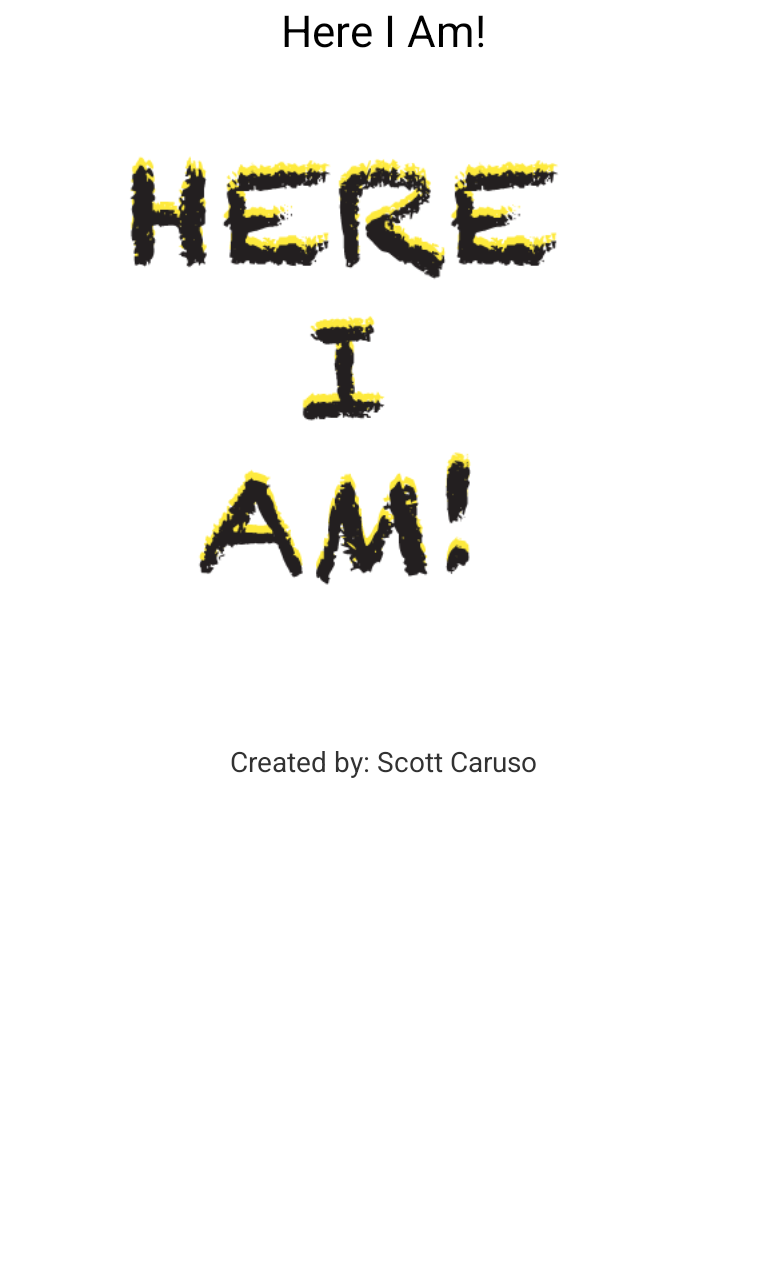
Repository: scottcaruso/MDF3_widgets_and_action_bars
Layout: HereIAm/res/layout/about.xml
The author's editor kept a copy of each file at every save. The layout is drawn from the files as they stood at one save, then again after the next save.
It is drawn on a 768 x 1280 px phone screen (xhdpi) without system bars, with theme android:Theme.Holo.Light; the app's code is not run.

Above is the layout before, as saved 2013-09-18 04:08:13.

After the next save:
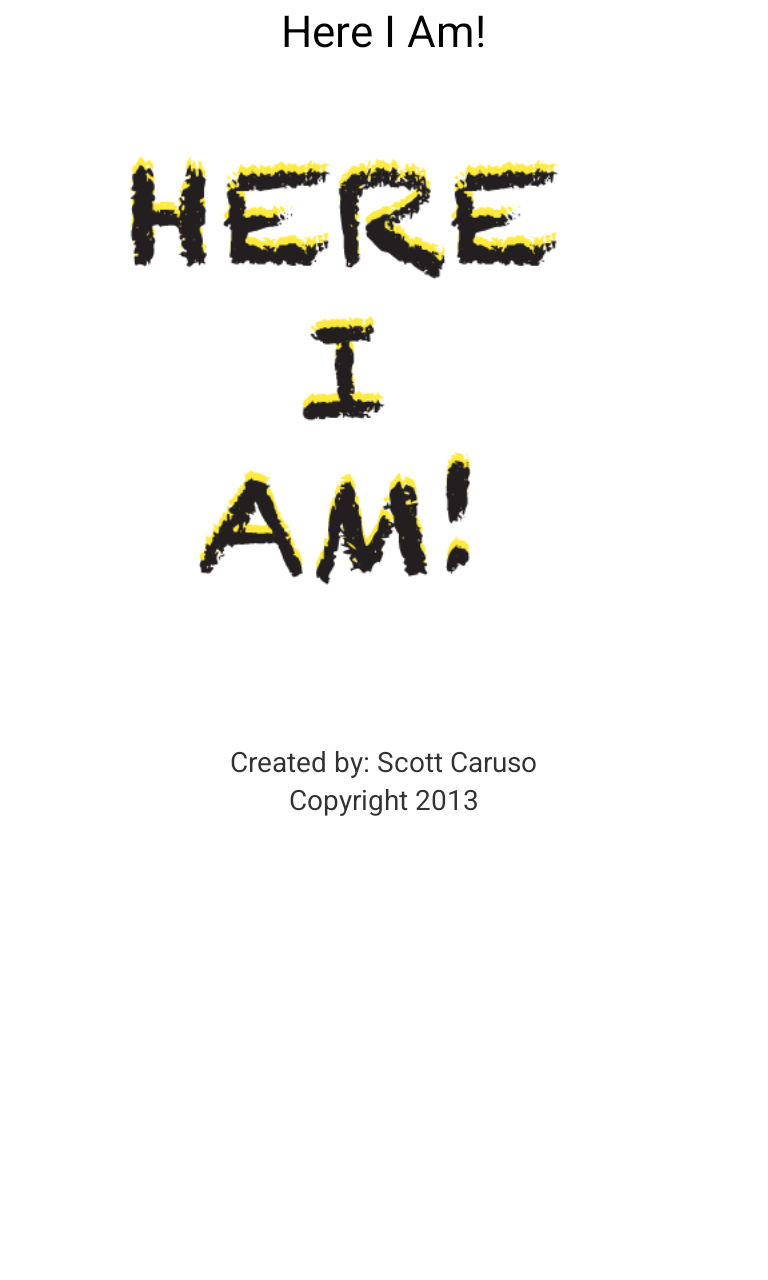
Saved 21 s later.
--- a/HereIAm/res/layout/about.xml
+++ b/HereIAm/res/layout/about.xml
@@ -25,4 +25,11 @@
         android:layout_gravity="center"
         android:text="@string/created_by_scott_caruso" />
 
+    <TextView
+        android:id="@+id/textView3"
+        android:layout_width="wrap_content"
+        android:layout_height="wrap_content"
+        android:layout_gravity="center"
+        android:text="Copyright 2013" />
+
 </LinearLayout>
